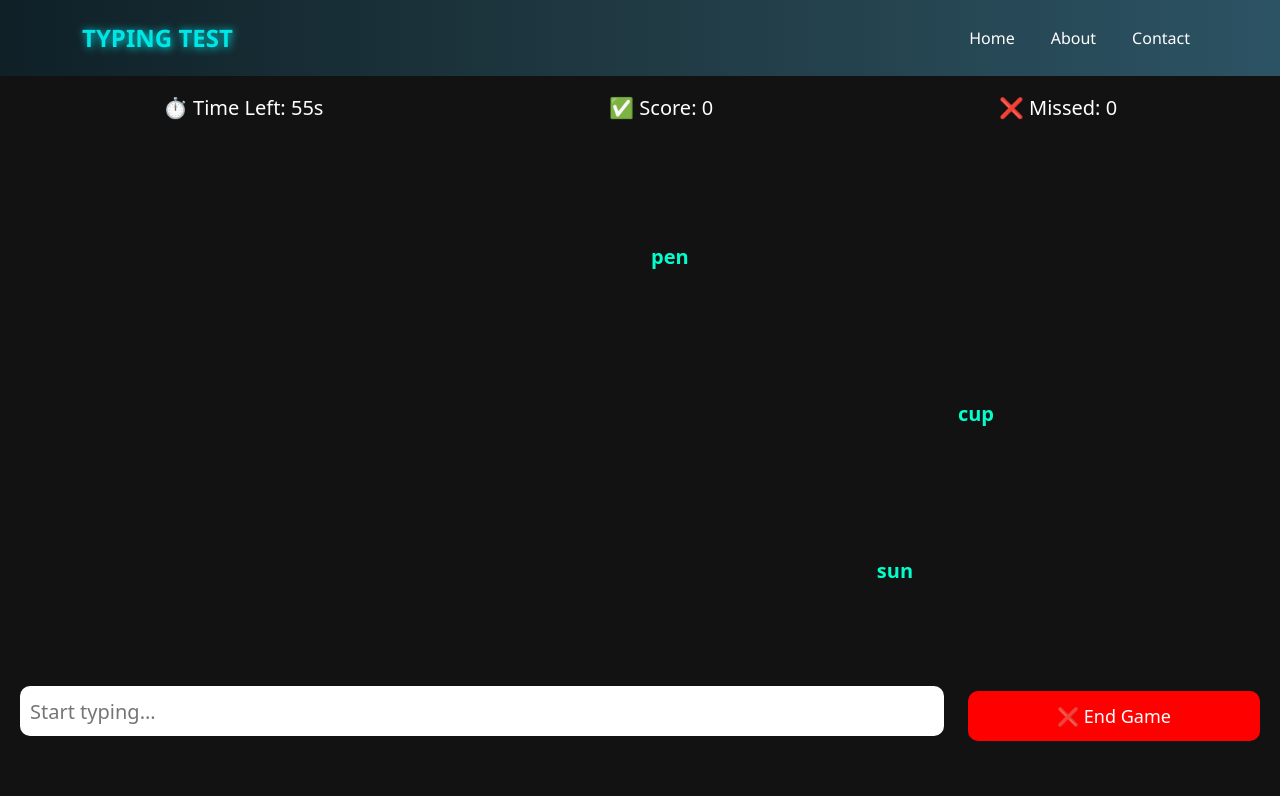
Repository: SHAHZADcodr/typing-test-react
Page: /game
These files come from the project's save history. The page is drawn as it stood at one moment and after the next save; the edit follows.
The browser window is 1280 px wide. The pictures show the whole page.
The project was rebuilt for these pictures with package versions that can differ from the ones it lists, and the page was loaded fresh each time. Also part of the build but not shown: src/customCss/Home.css, src/pages/Home.jsx, src/customCss/About.css, src/pages/About.jsx, src/customCss/Contact.css, src/pages/Contact.jsx, src/customCss/GameOver.css, src/pages/GameOver.jsx. Imported but missing from the stored project, and not drawn on this page: src/assets/pop.mp3, src/assets/background.mp3.

Above is the page before, as saved 2025-04-09 00:48:29.

### src/index.js
import React from 'react';
import "bootstrap/dist/css/bootstrap.min.css";
import ReactDOM from 'react-dom/client';
import './index.css';
import App from './App';
import { BrowserRouter } from 'react-router-dom';
import reportWebVitals from './reportWebVitals';

const root = ReactDOM.createRoot(document.getElementById('root'));
root.render(
  <React.StrictMode>
    <BrowserRouter>
      <App />
    </BrowserRouter>
  </React.StrictMode>
);

// If you want to start measuring performance in your app, pass a function
// to log results (for example: reportWebVitals(console.log))
// or send to an analytics endpoint. Learn more: https://bit.ly/CRA-vitals
reportWebVitals();

### src/index.css
body {
  margin: 0;
  background: linear-gradient(135deg, #0f2027,
  #203a43, #2c5364);
}

### src/App.js
import {Routes,Route} from "react-router-dom";
import './App.css';
//pages
import Home  from "./pages/Home";
import About from "./pages/About";
import Contact from "./pages/Contact";
import Game from "./pages/Game";
import GameOver from "./pages/GameOver";

//components
import Navigation from "./components/Navbar";

function App() {
  return (
    <>
    <Navigation/>
    <Routes>
      <Route path="/" element={<Home/>}/>
      <Route path="*" element={<Home/>}/>
      <Route path="/about" element={<About/>}/>
      <Route path="/contact" element={<Contact/>}/>
      <Route path="/game" element={<Game/>}/>
      <Route path="/gameOver" element={<GameOver/>}/>

    </Routes>
    </>

  );
}

export default App;

### src/App.css
.custom-navbar {
  background: linear-gradient(to right, #0f2027, #203a43, #2c5364) !important;
  padding: 15px 20px;
  box-shadow: 0 4px 15px rgba(0, 0, 0, 0.6);
  font-family: 'Segoe UI', Tahoma, Geneva, Verdana, sans-serif;
}

.custom-navbar .navbar-brand {
  color: #00e6e6 !important;
  font-weight: bold;
  font-size: 1.5rem;
  text-shadow: 1px 1px 8px #00e6e6;
}

.custom-navbar .nav-link {
  color: #ffffff !important;
  margin-left: 20px;
  transition: color 0.3s ease, transform 0.2s ease;
  font-weight: 500;
}

.custom-navbar .nav-link:hover {
  color: #00e6e6 !important;
  transform: scale(1.05);
  text-shadow: 0 0 5px #00e6e6;
}

.custom-navbar .navbar-toggler {
  background-color: #00e6e6;
}

### src/pages/Game.jsx
// Same imports
import React, { useEffect, useRef, useState } from 'react';
import { useLocation, useNavigate } from 'react-router-dom';
import { Container, Row, Col, Button } from 'react-bootstrap';
import '../customCss/Game.css';
import popSound from '../assets/pop.mp3';

const wordBank = {
  easy: ['cat', 'dog', 'sun', 'pen', 'cup'],
  medium: ['apple', 'banana', 'pencil', 'camera', 'jungle'],
  hard: ['algorithm', 'symphony', 'hypothesis', 'university', 'revolution']
};

const Game = () => {
  const { state } = useLocation();
  const navigate = useNavigate();
  const { difficulty = 'easy', duration = 60 } = state || {};

  const [words, setWords] = useState([]);
  const [typed, setTyped] = useState('');
  const [timeLeft, setTimeLeft] = useState(duration);
  const [score, setScore] = useState(0);
  const [missed, setMissed] = useState(0);
  const wordId = useRef(0);
  const pop = new Audio(popSound);
  const inputRef = useRef();

  useEffect(() => {
    inputRef.current.focus();
    const timer = setInterval(() => {
      setTimeLeft((prev) => {
        if (prev <= 1) {
          clearInterval(timer);
          endGame();
        }
        return prev - 1;
      });
    }, 1000);
    return () => clearInterval(timer);
  }, []);

  useEffect(() => {
    const interval = setInterval(() => {
      const word = wordBank[difficulty][Math.floor(Math.random() * wordBank[difficulty].length)];
      const newWord = {
        id: wordId.current++,
        text: word,
        top: 0,
        left: Math.random() * 80 + 10,
        color: 'default'
      };
      setWords((prev) => [...prev, newWord]);
    }, 1500);
    return () => clearInterval(interval);
  }, [difficulty]);

  useEffect(() => {
    const falling = setInterval(() => {
      setWords((prevWords) => {
        const updated = prevWords.map((word) => ({ ...word, top: word.top + 2 }));
        const filtered = updated.filter((word) => {
          if (word.top >= 90) {
            setMissed((m) => m + 1);
            return false;
          }
          return true;
        });
        return filtered;
      });
    }, 100);
    return () => clearInterval(falling);
  }, []);

  const handleTyping = (e) => {
    const input = e.target.value;
    setTyped(input);

    if (input.endsWith(' ')) {
      const trimmedInput = input.trim();
      const found = words.find((w) => w.text === trimmedInput);

      if (found) {
        pop.play();
        setScore((s) => s + 1);
        highlightAndRemove(found.id, 'green');
      } else {
        const randomWord = words[0];
        if (randomWord) {
          highlightAndRemove(randomWord.id, 'red');
        }
      }

      setTyped('');
    }
  };

  const highlightAndRemove = (id, color) => {
    setWords((prev) =>
      prev.map((w) => (w.id === id ? { ...w, color } : w))
    );
    setTimeout(() => {
      setWords((prev) => prev.filter((w) => w.id !== id));
    }, 300);
  };

  const endGame = () => {
    // Delay to allow last state updates (like missed count) to register
    setTimeout(() => {
      const total = score + missed;
      const accuracy = total === 0 ? 0 : Math.round((score / total) * 100);
      const wpm = Math.round(score / (duration / 60));

      const result = { score, missed, accuracy, wpm, total };

      console.log('Saving result to localStorage:', result); // DEBUG
      localStorage.setItem('gameResult', JSON.stringify(result));

      navigate('/gameover');
    }, 100); // Small delay (100ms) to ensure final state is accurate
  };



  return (
    <Container fluid className="game-container">
      <div className="top-bar">
        <h5>⏱ Time Left: {timeLeft}s</h5>
        <h5>✅ Score: {score}</h5>
        <h5>❌ Missed: {missed}</h5>
      </div>

      <div className="falling-area">
        {words.map((word) => (
          <div
            key={word.id}
            className={`falling-word ${word.color}`}
            style={{ top: `${word.top}%`, left: `${word.left}%` }}
          >
            {word.text}
          </div>
        ))}
      </div>

      <Row className="mt-3 align-items-center bottom-controls">
        <Col xs={9}>
          <input
            type="text"
            className="typing-input"
            value={typed}
            onChange={handleTyping}
            ref={inputRef}
            placeholder="Start typing..."
          />
        </Col>
        <Col xs={3}>
          <Button onClick={endGame} className="end-game-button">
            ❌ End Game
          </Button>
        </Col>
      </Row>
    </Container>
  );
};

export default Game;

### src/components/Navbar.jsx
import React from 'react';
import { Navbar, Nav, Container } from 'react-bootstrap';
import { Link } from 'react-router-dom';
import '../App.css'; // Make sure this path is correct

const Navigation = () => {
  return (
    <Navbar expand="lg" className="custom-navbar" variant="dark">
      <Container>
        <Navbar.Brand as={Link} to="/">TYPING TEST</Navbar.Brand>
        <Navbar.Toggle aria-controls="basic-navbar-nav" />
        <Navbar.Collapse id="basic-navbar-nav">
          <Nav className="ms-auto">
            <Nav.Link as={Link} to="/">Home</Nav.Link>
            <Nav.Link as={Link} to="/about">About</Nav.Link>
            <Nav.Link as={Link} to="/contact">Contact</Nav.Link>
          </Nav>
        </Navbar.Collapse>
      </Container>
    </Navbar>
  );
};

export default Navigation;

### src/customCss/Game.css
.game-container {
  height: 100vh;
  background: #121212;
  color: white;
  padding: 20px;
  position: relative;
  overflow: hidden;
}

.top-bar {
  display: flex;
  justify-content: space-around;
  margin-bottom: 10px;
  font-size: 18px;
}

.falling-area {
  position: relative;
  height: 80%;
  width: 100%;
  overflow: hidden;
}

.falling-word {
  position: absolute;
  font-size: 20px;
  font-weight: bold;
  color: #00ffcc;
  transition: top 0.1s linear;
}

.falling-word.green {
  color: #00ff00;
}

.falling-word.red {
  color: #ff4d4d;
}

.typing-input {
  width: 100%;
  padding: 10px;
  font-size: 20px;
  border-radius: 10px;
  border: none;
  outline: none;
  height: 50px;
}
.end-game-button {
  width: 100%;
  height: 50px;
  font-size: 18px;
  background-color: red;
  color: white;
  border: none;
  border-radius: 10px;
}
.game-container {
  height: 100vh;
  background: #121212;
  color: white;
  padding: 20px;
  display: flex;
  flex-direction: column;
  justify-content: space-between; /* ensures top and bottom areas are spaced */
  overflow: hidden;
}

.falling-area {
  flex: 1; /* allows it to grow and take up space between top-bar and bottom-controls */
  position: relative;
  width: 100%;
  overflow: hidden;
  margin-bottom: 10px;
}

.bottom-controls {
  margin-bottom: 30px; /* lift it up even more */
}

.typing-input {
  width: 100%;
  padding: 10px;
  font-size: 20px;
  border-radius: 10px;
  border: none;
  outline: none;
  height: 50px;
  margin-bottom: 10px;
}

.end-game-button {
  width: 100%;
  height: 50px;
  font-size: 18px;
  background-color: red;
  color: white;
  border: none;
  border-radius: 10px;
}

Loaded but not shown: public/index.html (common file); src/reportWebVitals.js (common file)

After the next save:
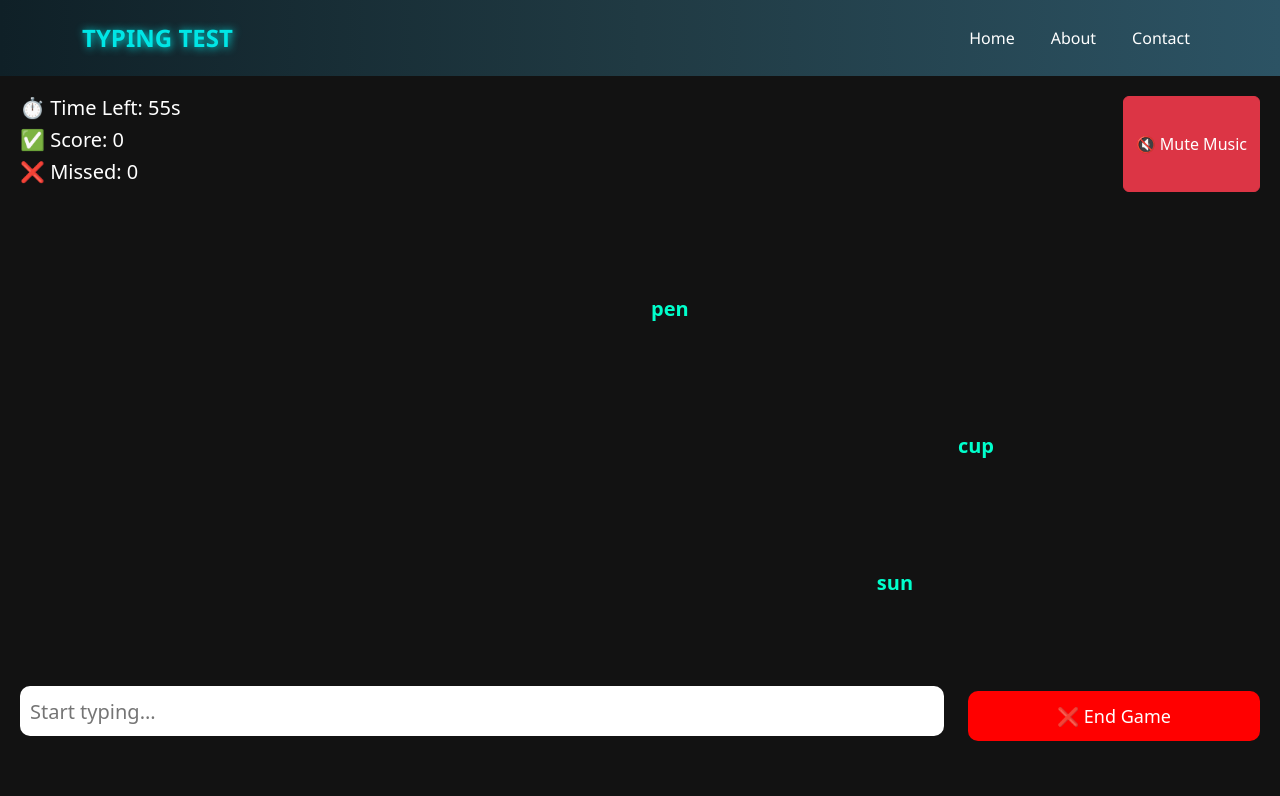
Saved 7 min 22 s later.
--- a/src/pages/Game.jsx
+++ b/src/pages/Game.jsx
@@ -1,9 +1,10 @@
 // Same imports
 import React, { useEffect, useRef, useState } from 'react';
 import { useLocation, useNavigate } from 'react-router-dom';
-import { Container, Row, Col, Button } from 'react-bootstrap';
+import { Container, Row, Col, Button, Toast } from 'react-bootstrap';
 import '../customCss/Game.css';
 import popSound from '../assets/pop.mp3';
+import bgMusicFile from '../assets/background.mp3';
 
 const wordBank = {
   easy: ['cat', 'dog', 'sun', 'pen', 'cup'],
@@ -21,12 +22,22 @@ const Game = () => {
   const [timeLeft, setTimeLeft] = useState(duration);
   const [score, setScore] = useState(0);
   const [missed, setMissed] = useState(0);
+  const [showToast, setShowToast] = useState(true);
+  const [bgMusicPlaying, setBgMusicPlaying] = useState(true);
+
   const wordId = useRef(0);
   const pop = new Audio(popSound);
+  const bgMusic = useRef(new Audio(bgMusicFile));
   const inputRef = useRef();
 
   useEffect(() => {
     inputRef.current.focus();
+
+    if (bgMusicPlaying) {
+      bgMusic.current.loop = true;
+      bgMusic.current.play();
+    }
+
     const timer = setInterval(() => {
       setTimeLeft((prev) => {
         if (prev <= 1) {
@@ -104,7 +115,9 @@ const Game = () => {
   };
 
   const endGame = () => {
-    // Delay to allow last state updates (like missed count) to register
+    bgMusic.current.pause();
+    bgMusic.current.currentTime = 0;
+
     setTimeout(() => {
       const total = score + missed;
       const accuracy = total === 0 ? 0 : Math.round((score / total) * 100);
@@ -112,21 +125,40 @@ const Game = () => {
 
       const result = { score, missed, accuracy, wpm, total };
 
-      console.log('Saving result to localStorage:', result); // DEBUG
+      console.log('Saving result to localStorage:', result);
       localStorage.setItem('gameResult', JSON.stringify(result));
 
       navigate('/gameover');
-    }, 100); // Small delay (100ms) to ensure final state is accurate
+    }, 100);
   };
 
-
+  const toggleBgMusic = () => {
+    if (bgMusicPlaying) {
+      bgMusic.current.pause();
+    } else {
+      bgMusic.current.play();
+    }
+    setBgMusicPlaying(!bgMusicPlaying);
+  };
 
   return (
     <Container fluid className="game-container">
-      <div className="top-bar">
-        <h5>⏱ Time Left: {timeLeft}s</h5>
-        <h5>✅ Score: {score}</h5>
-        <h5>❌ Missed: {missed}</h5>
+      <Toast show={showToast} onClose={() => setShowToast(false)} delay={3000} autohide>
+        <Toast.Header>
+          <strong className="me-auto">Game Tip</strong>
+        </Toast.Header>
+        <Toast.Body>You have to press space after typing every word!</Toast.Body>
+      </Toast>
+
+      <div className="top-bar d-flex justify-content-between">
+        <div>
+          <h5>⏱ Time Left: {timeLeft}s</h5>
+          <h5>✅ Score: {score}</h5>
+          <h5>❌ Missed: {missed}</h5>
+        </div>
+        <Button variant={bgMusicPlaying ? 'danger' : 'success'} onClick={toggleBgMusic}>
+          {bgMusicPlaying ? '🔇 Mute Music' : '🔊 Play Music'}
+        </Button>
       </div>
 
       <div className="falling-area">
